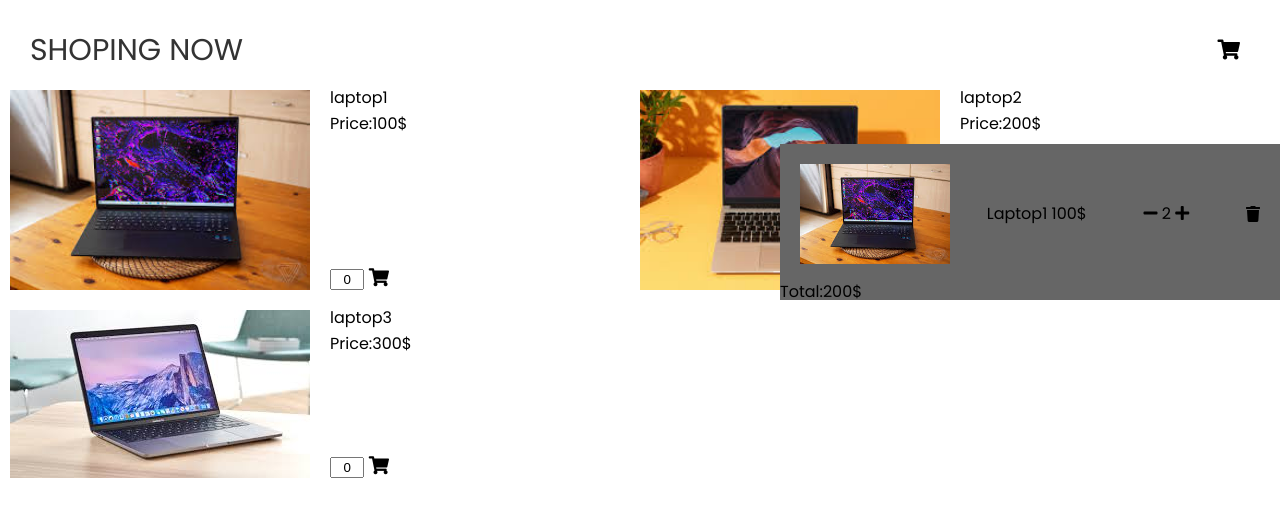
Repository: nttthao9/shopingcart
Page: index.html
An editor plug-in stored every save of this project. The page is shown before and after the next save, followed by the edit.
The browser window is 1280 px wide. The pictures show the whole page.
Some web libraries are served in a nearby version.

Above is the page before, as saved 2021-10-04 15:00:57.

### index.html
<!DOCTYPE html>
<html lang="en">

<head>
  <meta charset="UTF-8">
  <meta http-equiv="X-UA-Compatible" content="IE=edge">
  <meta name="viewport" content="width=device-width, initial-scale=1.0">
  <title>Shoping Cart</title>
  <link rel="preconnect" href="https://fonts.googleapis.com">
  <link rel="preconnect" href="https://fonts.gstatic.com" crossorigin>
  <link href="https://fonts.googleapis.com/css2?family=Poppins:wght@300;400;500;600&display=swap" rel="stylesheet">
  <link rel="stylesheet" href="https://cdnjs.cloudflare.com/ajax/libs/font-awesome/5.1.0-11/css/all.css"
    integrity="sha512-xO/VZFNBvip9IT+BD6Nq/pHdBvKeFcwygKqARlegjQ+5A68KsMSYrPbGP1oYow5ec9Tqq8peJXcn5J1bD4O00w=="
    crossorigin="anonymous" referrerpolicy="no-referrer" />
  <link rel="stylesheet" href="./styles/reset.css">
  <link rel="stylesheet" href="./styles/style.css">
</head>

<body>
  <div class="shoping">
    <div class="shoping-bar">
      <h2 class="shoping-title">Shoping now</h2>
      <div class="shoping-cart">
        <i class="fas fa-shopping-cart"></i>
      </div>
    </div>
    <div class="product-list">
      <!-- <div class="product-item">
        <img src="./images/laptop1.jpg" alt="" class="product-image">
        <div class="product-desc">
          <span class="product-name">Laptop1</span>
          <span>Price:<span class="product-price">100$</span></span>
          <div class="product-buy">
            <input type="number" name="" id="" class="product-count" value="0" min="0">
            <i class="fas fa-shopping-cart cart-icon"></i>
          </div>
        </div>
      </div> -->
    </div>
    <div class="cart">
      <div class="cart-item">
        <img src="./images/laptop1.jpg" alt="" class="cart-image">
        <div class="cart-desc">
          <span>Laptop1</span>
          <span>100$</span>
        </div>
        <div class="cart-change">
          <i class="fas fa-minus"></i>
          <span class="count">2</span>
          <i class="fas fa-plus"></i>
        </div>
        <i class="fa fa-trash"></i>
      </div>
      <div class="total"><span>Total:</span><span>200$</span></div>
    </div>
  </div>
  <script src="./main.js"></script>
</body>

</html>

### styles/style.css
* {
  box-sizing: border-box;
}
html {
  font-size: 62.5%;
}
image {
  display: block;
  max-width: 100%;
}
input::-webkit-outer-spin-button,
input::-webkit-inner-spin-button {
  -webkit-appearance: none;
  margin: 0;
}
input[type='number'] {
  -moz-appearance: textfield;
}
body {
  font-family: 'Poppins', sans-serif;
  line-height: 1;
  font-size: 1.6rem;
}
.shoping {
  padding: 1rem;
}
.shoping-bar {
  display: flex;
  align-items: center;
  justify-content: space-between;
  padding: 2rem;
}
.shoping-title {
  font-size: 3rem;
  color: #333;
  text-transform: uppercase;
}
.shoping-cart {
  font-size: 2rem;
  padding: 1rem;
  cursor: pointer;
}
.product-list {
  display: flex;
  justify-content: space-between;
  flex-wrap: wrap;
}
.product-item {
  width: 50%;
  display: flex;
  margin-bottom: 2rem;
}
.product-name {
  display: block;
  margin-bottom: 1rem;
}
.product-price {
  display: inline-block;
  margin-bottom: 1rem;
}
.product-desc {
  margin-left: 2rem;
  display: flex;
  flex-direction: column;
}
.product-count {
  width: 15%;
  text-align: center;
}
.product-buy {
  margin-top: auto;
}
.cart-icon {
  display: inline-block;
  font-size: 1.8rem;
  cursor: pointer;
  margin-right: 2rem;
}
.product-image {
  width: 30rem;
  overflow: hidden;
  -o-object-fit: cover;
  object-fit: cover;
}
.cart {
  position: fixed;
  top: 20%;
  right: 0;
  width: 50rem;
  background-color: #666;
}
.cart-image {
  width: 15rem;
}
.cart-desc,
.cart-change {
  margin-right: 2rem;
}

.cart-item {
  display: flex;
  align-items: center;
  justify-content: space-between;
  padding: 2rem;
}

### main.js
const listItem = [
  {
    id: 1,
    name: 'laptop1',
    image: './images/laptop1.jpg',
    price: 100,
  },
  {
    id: 2,
    name: 'laptop2',
    image: './images/laptop2.jpg',
    price: 200,
  },
  {
    id: 3,
    name: 'laptop3',
    image: './images/laptop3.jpg',
    price: 300,
  },
];

const nameProduct = listItem.map((item) => Object.values(item));
console.log(nameProduct);
window.addEventListener('load', function () {
  const productList = document.querySelector('.product-list');
  const productId = listItem.map((item) => item.id);
  console.log(productId);
  const productName = listItem.map((item) => item.name);
  console.log(productName);
  const productPrice = listItem.map((item) => item.price);
  console.log(productPrice);
  function createProductItem(name, productName, productPrice) {
    const template = `<div class="product-item">
    <img src="./images/${name}.jpg" alt="" class="product-image">
    <div class="product-desc">
      <span class="product-name">${productName}</span>
      <span>Price:<span class="product-price">${productPrice}$</span></span>
      <div class="product-buy">
        <input type="number" name="" id="" class="product-count" value="0" min="0">
        <i class="fas fa-shopping-cart cart-icon"></i>
      </div>
    </div>
    </div>`;
    productList.insertAdjacentHTML('beforeend', template);
  }
  for (let i = 0; i < listItem.length; i++) {
    createProductItem(productName[i], productName[i], productPrice[i]);
  }
});

Loaded but not shown: styles/reset.css (common file)

After the next save:
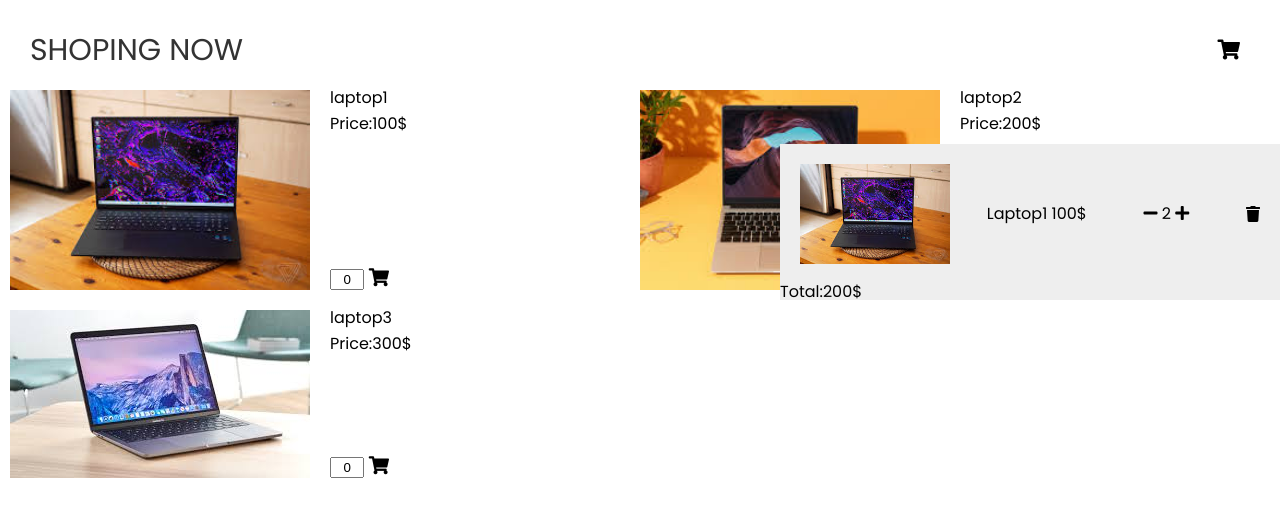
Saved 13 s later.
--- a/styles/style.css
+++ b/styles/style.css
@@ -87,7 +87,7 @@ body {
   top: 20%;
   right: 0;
   width: 50rem;
-  background-color: #666;
+  background-color: #eee;
 }
 .cart-image {
   width: 15rem;
